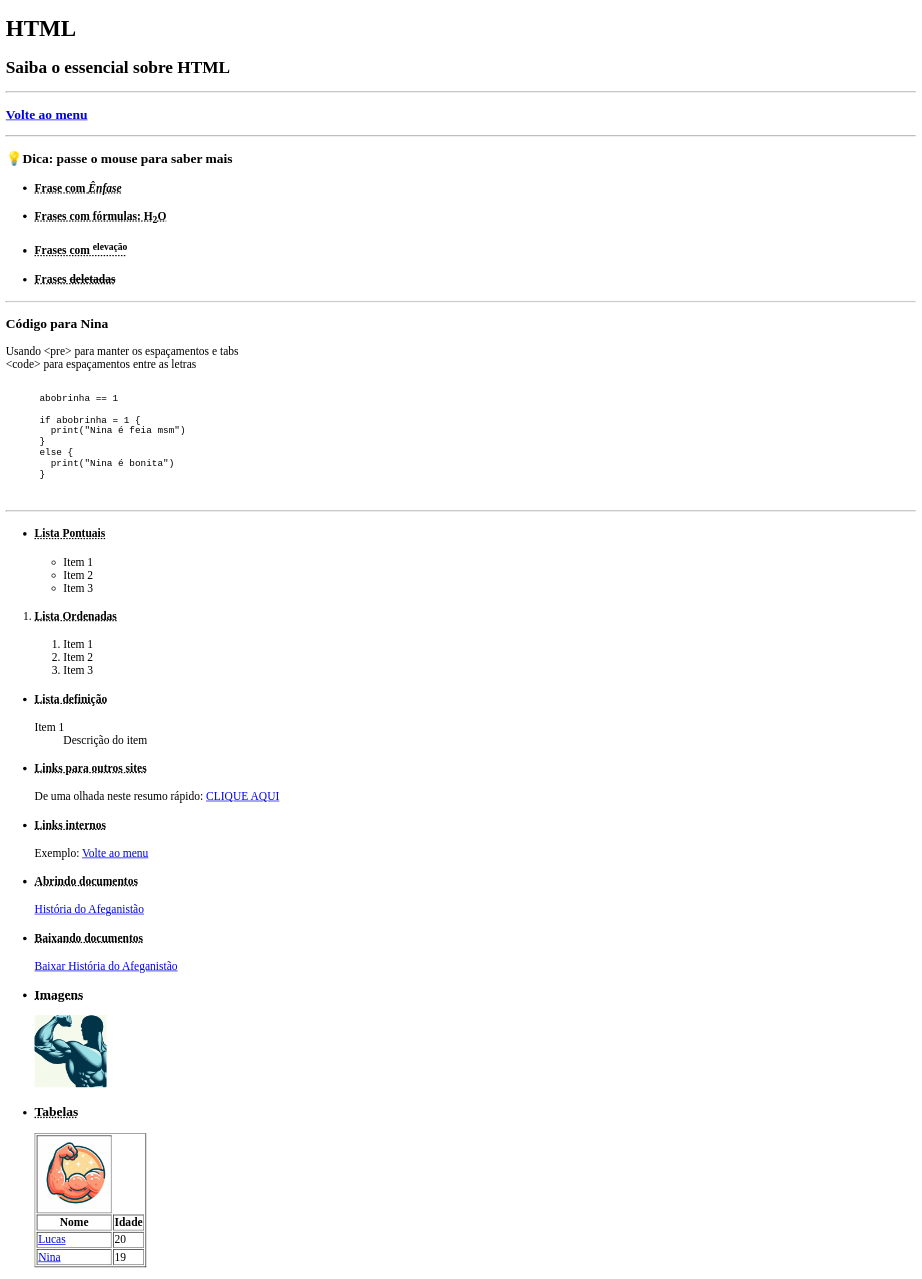
Repository: LuidyOn/Site_Forca_Total
Page: ForçaTotal/sobreHTML.html
An editor plug-in stored every save of this project. The page is shown before and after the next save, followed by the edit.
The browser window is 1280 px wide. The pictures show the whole page, at 72% of full size.

Above is the page before, as saved 2025-05-16 14:33:50.

### ForçaTotal/sobreHTML.html
<!DOCTYPE html>
<html lang="pt-br">
<head>
  <meta charset="UTF-8">
  <meta name="viewport" content="width=device-width, initial-scale=1.0">
  <link rel="shortcut icon" href="img/icons/logo.ico" type="image/x-icon">
  <title>Testes Força total</title>
</head>
<body>
  <h1>HTML</h1>
  <h2>Saiba o essencial sobre HTML</h2>

  <hr>
  <h3><a href="index.html" rel="prev"> Volte ao menu</a></h3>
  <hr>

<h3>💡Dica: passe o mouse para saber mais</h3>

  <ul><li><h4> <abbr title="Para deixar uma frase com ênfase, usamos: <em> ">Frase com <em>Ênfase</em></h4> </abbr>
  </li></ul>

    <ul><li><h4><abbr title="Para utilizarmos frases 'baixas' ou fórmulas usamos: <sub></sub>"> Frases com fórmulas: H<sub>2</sub>O</abbr></h4> </li></ul>

  <ul><li><h4> <abbr title="Para utilizarmos frases com ênfase/superiores usamos: <sup></sup>">Frases com <sup>elevação</sup></h4> </abbr></li></ul>

  <ul><li><abbr title=" Para utilizarmos frases deletadas usamos: <del>"><h4>Frases <del>deletadas</del></h4></abbr></li></ul>

  <hr>

  <h3>Código para Nina</h3>
  <p>Usando &lt;pre&gt; para manter os espaçamentos e tabs <br> &lt;code&gt; para espaçamentos entre as letras</p>

  <p></p>

  <pre>
    <code>
      abobrinha == 1

      if abobrinha = 1 {
        print("Nina é feia msm")
      }
      else {
        print("Nina é bonita")
      }
    </code>
  </pre>

  <hr>

      <ul>
        <li>
          <abbr title="Para usar lista pontuadas use <ul>"> <h4>Lista Pontuais</h4> </abbr>
        </li>
          <ul>
            <li>Item 1</li>
            <li>Item 2</li>
            <li>Item 3</li>
          </ul>
      </ul>

      <ol>
        <li>
          <abbr title="Para usar lista ordenadas use <ol>"> <h4>Lista Ordenadas</h4> </abbr>
        </li>
          <ol>
            <li>Item 1</li>
            <li>Item 2</li>
            <li>Item 3</li>
          </ol>
      </ol>

          <ul>
            <li>
              <abbr title="Para usar uma lista de definição, use <dl> para agrupar os elementos(bloco), <dt> para o termo e <dd> para a descrição."> <h4>Lista definição</h4> </abbr>
              <dl>
                <dt>Item 1</dt>
                <dd>Descrição do item</dd>
              </dl>
            </li>
          </ul>

      <ul>
        <li><abbr title="Dica → <a href='https...' target='_blank'></a> text </a>"><h4>Links para outros sites</h4></abbr>
        </li>
        <p>De uma olhada neste resumo rápido: <a href="https://www.youtube.com/watch?v=dQw4w9WgXcQ" target="_blank" rel="External"> CLIQUE AQUI </a></p>
      </ul>

      <ul>
        <li><abbr title="Dica → <a href='caminho.html' rel='prev/next'></a>"><h4>Links internos</h4></abbr>
        </li>
        <p>Exemplo: <a href="index.html" rel="prev"> Volte ao menu</a></p>
      </ul>

      <ul>
        <li><abbr title="Dica: <a href='caminho.pdf' target='_blank'></a>"> <h4>Abrindo documentos</h4> </abbr>
        </li>
        <p><a href="Documentos/PDFs/GUERRA DO AFEGANISTÃO.pdf" target="_blank"> História do Afeganistão</a></p>
      </ul>

      <ul>
        <li><abbr title="Dica: <a href='caminho.pdf' download='caminho.pdf' type='application/pdf'> 'text'</a>"> <h4>Baixando documentos</h4> </abbr>
        </li>
            <p><a href="Documentos/PDFs/GUERRA DO AFEGANISTÃO.pdf" target="_blank" download="Documentos/PDFs/GUERRA DO AFEGANISTÃO.pdf" type="application/pdf"> Baixar História do Afeganistão</a></p>
      </ul>

  <ul>
    <li><abbr title="Para usar imagens use <img>"><h3>Imagens</h3></abbr></li>

    <img src="img/parteSerior.png" alt="parte superior" style="width: 100px; height: 100px;">
  </ul>

  <ul>
    <li><abbr title="Para usar tabelas use <table> <tr> e <th>"><h3>Tabelas</h3></abbr></li>

    <table border="1">
      <tr><th><img src="img/logo.jpg" alt="" style="width: 100px"></th></tr>
      <tr>
        <th>Nome</th>
        <th>Idade</th>
      </tr>
      <tr>
        <td><a href="#">Lucas</a></td>
        <td>20</td>
      </tr>
      <tr>
        <td><a href="#">Nina</a></td>
        <td>19</td>
      </tr>
    </table>

</body>
</html>

After the next save:
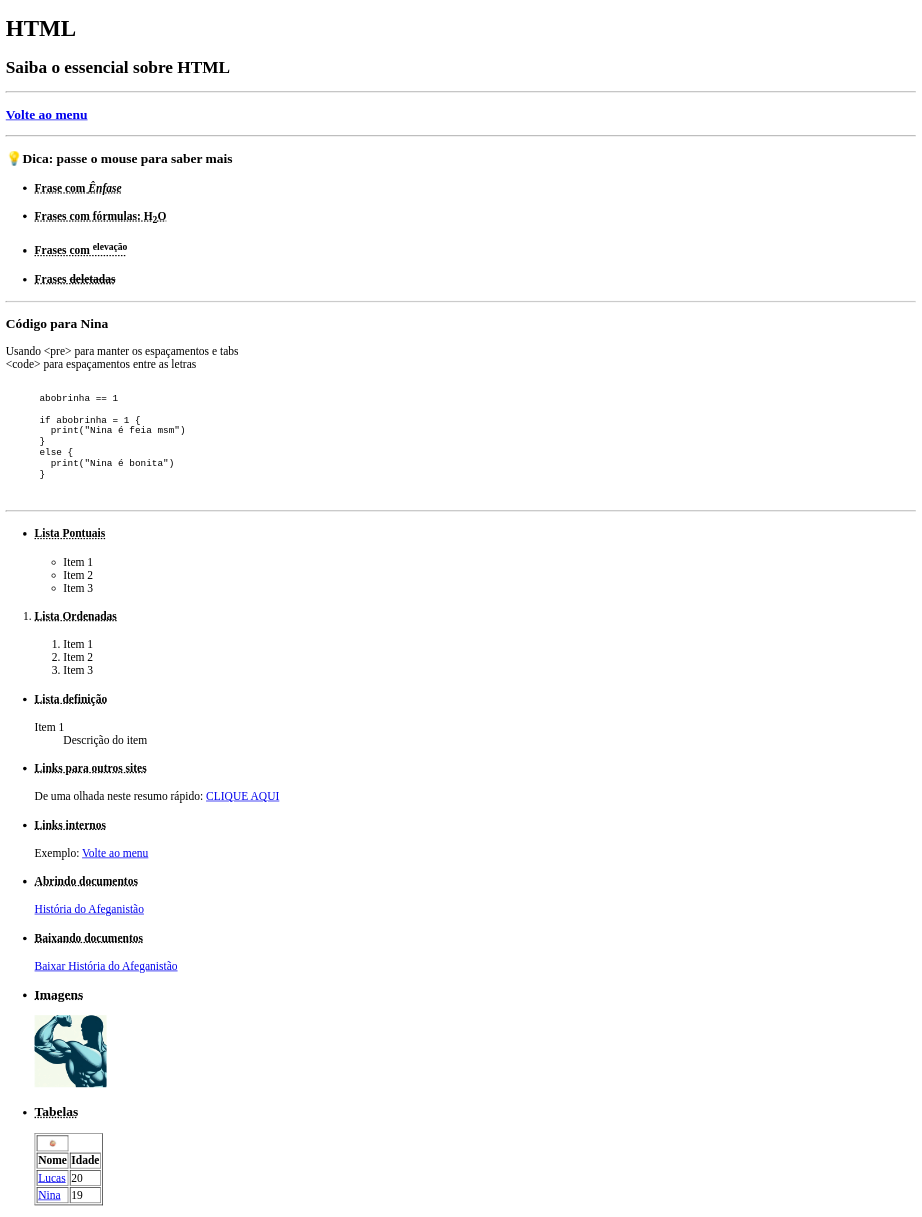
Saved 10 s later.
--- a/ForçaTotal/sobreHTML.html
+++ b/ForçaTotal/sobreHTML.html
@@ -113,7 +113,7 @@
     <li><abbr title="Para usar tabelas use <table> <tr> e <th>"><h3>Tabelas</h3></abbr></li>
 
     <table border="1">
-      <tr><th><img src="img/logo.jpg" alt="" style="width: 100px"></th></tr>
+      <tr><th><img src="img/logo.jpg" alt="" style="width: 10px"></th></tr>
       <tr>
         <th>Nome</th>
         <th>Idade</th>
